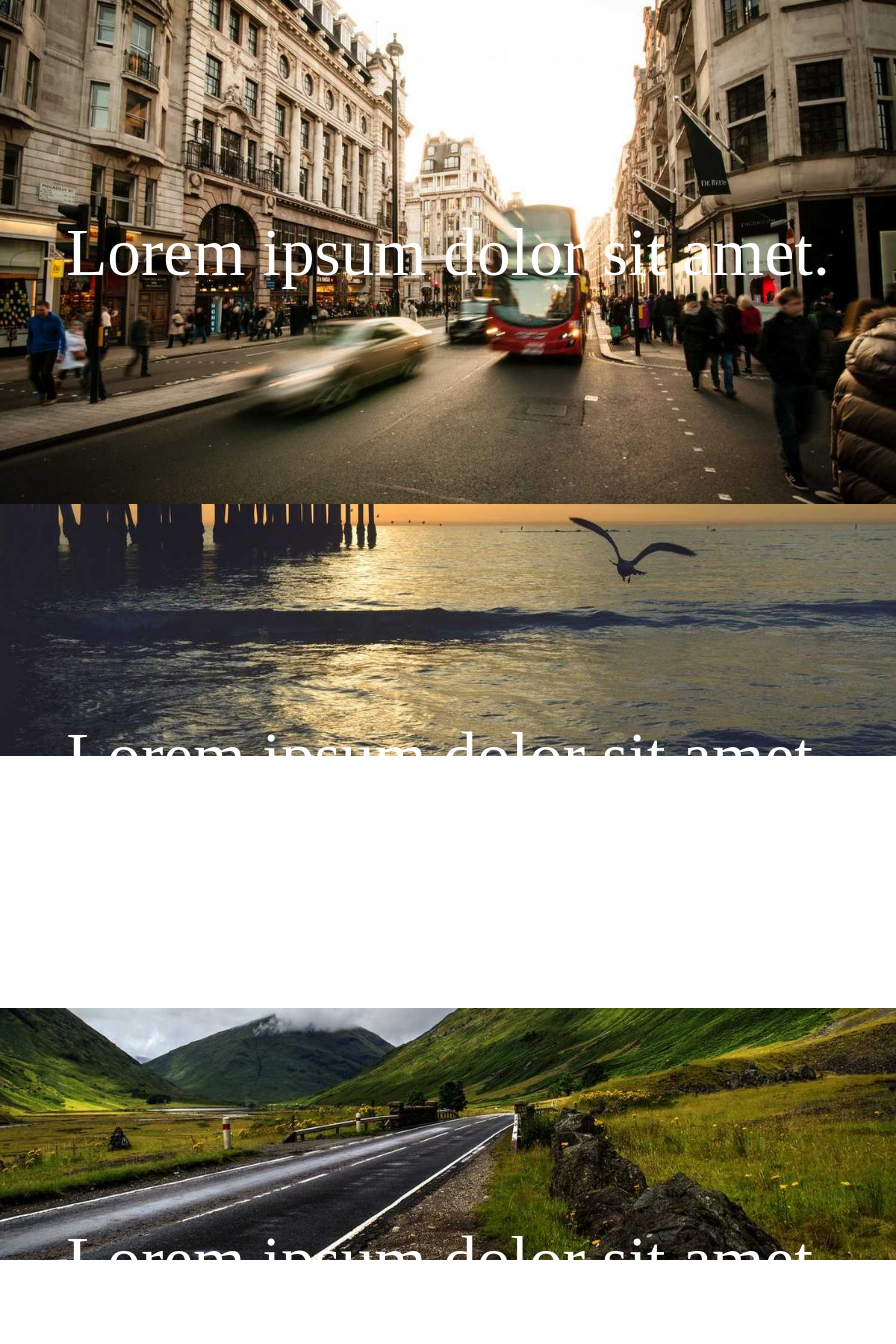
Repository: zuuo/--
Page: 视差偏移滚动/index.html
An editor plug-in stored every save of this project. The page is shown before and after the next save, followed by the edit.
The browser window is 1280 px wide. The pictures show the part of the page from y = 0 to 1920 px (the page is 7200 px tall), at 70% of full size.
Some web libraries are served in a nearby version. The style sheet was rebuilt from its Sass, Less or Tailwind sources for each picture, by a compiler version that may differ from the author's.

Above is the page before, as saved 2024-02-29 21:09:44.

### 视差偏移滚动/index.html
<!DOCTYPE html>
<html lang="en">

<head>
    <meta charset="UTF-8">
    <meta name="viewport" content="width=device-width, initial-scale=1.0">
    <title>Document</title>
    <link rel="stylesheet" href="./style.css">
</head>

<body>
    <!-- <div class="title"></div> -->
    <div class="box" style="background-image: url(./img/1.jpg);">
        <p>Lorem ipsum dolor sit amet.</p>
    </div>
    <div class="box" style="background-image: url(./img/2.jpg);">
        <p>Lorem ipsum dolor sit amet.</p>
    </div>
    <div class="box" style="background-image: url(./img/3.jpg);">
        <p>Lorem ipsum dolor sit amet.</p>
    </div>
    <div class="box" style="background-image: url(./img/4.jpg);">
        <p>Lorem ipsum dolor sit amet.</p>
    </div>
    <div class="box" style="background-image: url(./img/5.jpg);">
        <p>Lorem ipsum dolor sit amet.</p>
    </div>
    <div class="box" style="background-image: url(./img/6.jpg);">
        <p>Lorem ipsum dolor sit amet.</p>
    </div>
    <div class="box" style="background-image: url(./img/7.jpg);">
        <p>Lorem ipsum dolor sit amet.</p>
    </div>
    <div class="box" style="background-image: url(./img/8.jpg);">
        <p>Lorem ipsum dolor sit amet.</p>
    </div>
    <div class="box" style="background-image: url(./img/9.jpg);">
        <p>Lorem ipsum dolor sit amet.</p>
    </div>
    <div class="box" style="background-image: url(./img/10.jpg);">
        <p>Lorem ipsum dolor sit amet.</p>
    </div>
</body>
<script src="https://cdnjs.cloudflare.com/ajax/libs/gsap/3.12.5/gsap.min.js"></script>
<script src="https://cdnjs.cloudflare.com/ajax/libs/gsap/3.12.5/ScrollTrigger.js"></script>
<script src="./index.js"></script>

</html>

### 视差偏移滚动/index.js
gsap.registerPlugin(ScrollTrigger)
var boxs = document.querySelectorAll(".box")
boxs.forEach((box) => {
    gsap.fromTo(box, {
        backgroundPositionY: `-${window.innerHeight / 2}px`,
    }, {
        backgroundPositionY: `${window.innerHeight / 2}px`,
        ease: "none",
        scrollTrigger: {
            trigger: box,
            scrub: true,
        }
    })
})

### 视差偏移滚动/style.less
/* 隐藏所有元素滚动条 */

body {
    /* IE and Edge */
    -ms-overflow-style: none;  /* IE and Edge */
    scrollbar-width: none;  /* Firefox */
}


/* 隐藏滚动条的 track */

::-webkit-scrollbar {
    display: none;
}


/* 隐藏滚动条的 thumb */

::-webkit-scrollbar-thumb {
    display: none;
}

body {
    margin: 0;
}

.title {
    height: 50vh;
    background-color: #000;
}

.box {
    width: 100vw;
    height: 100vh;
    margin: 0;
    display: flex;
    align-items: center;
    justify-content: center;
    // color: aliceblue;
    // text-shadow: 0.5px 0.5px 2px #00f, 1px 1px 2px #f00;
    font-size: 28px;
    user-select: none;
    background-repeat: no-repeat;
    background-size: 100% 100%;
    background-position-x: center;
    background-position-y: 0px;

    p {
        font-size: 96px;
        color: #fff;
    }
}

After the next save:
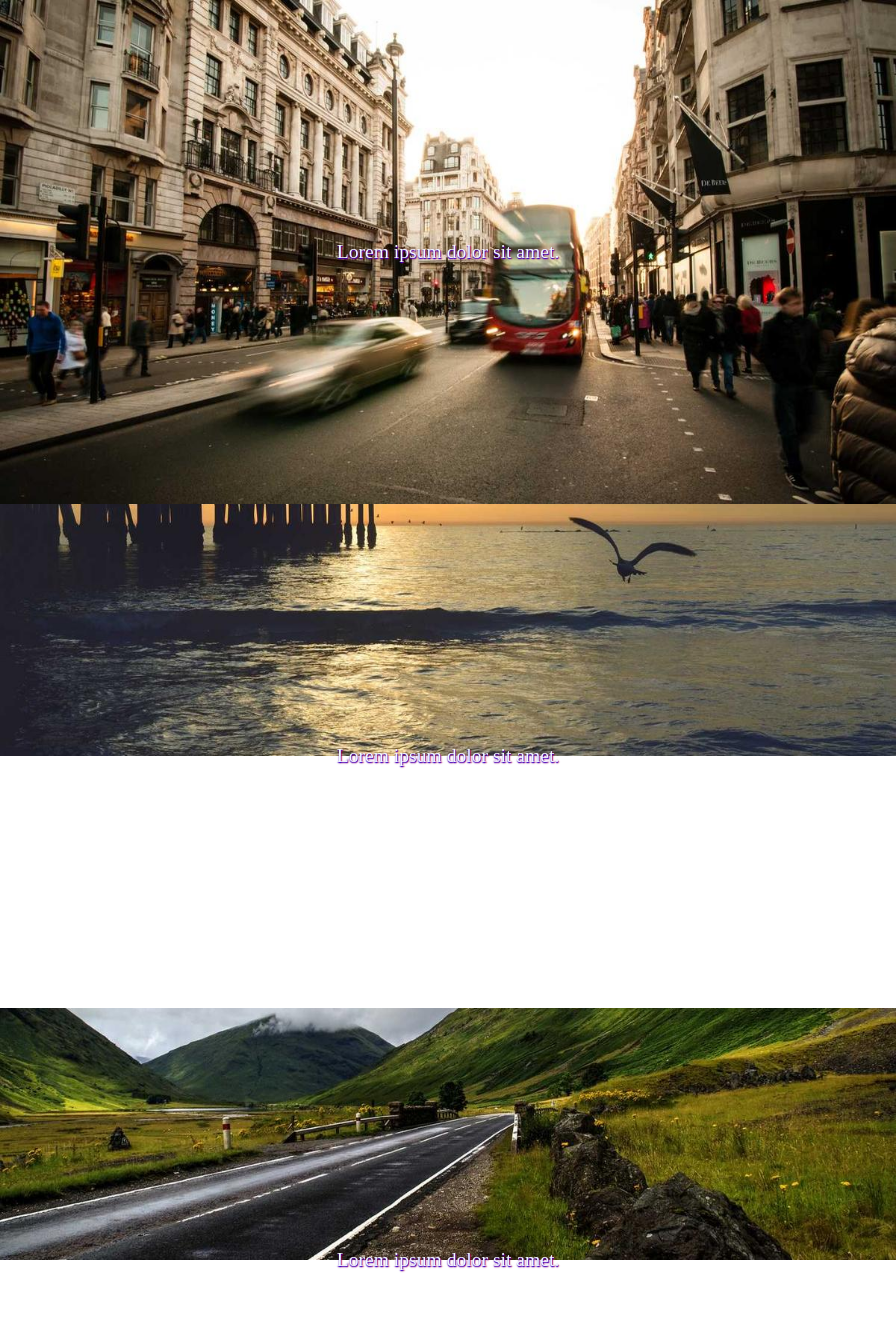
Saved 18 s later.
--- a/视差偏移滚动/style.less
+++ b/视差偏移滚动/style.less
@@ -36,17 +36,12 @@
     display: flex;
     align-items: center;
     justify-content: center;
-    // color: aliceblue;
-    // text-shadow: 0.5px 0.5px 2px #00f, 1px 1px 2px #f00;
+    color: aliceblue;
+    text-shadow: 0.5px 0.5px 2px #00f, 1px 1px 2px #f00;
     font-size: 28px;
     user-select: none;
     background-repeat: no-repeat;
     background-size: 100% 100%;
     background-position-x: center;
     background-position-y: 0px;
-
-    p {
-        font-size: 96px;
-        color: #fff;
-    }
 }
